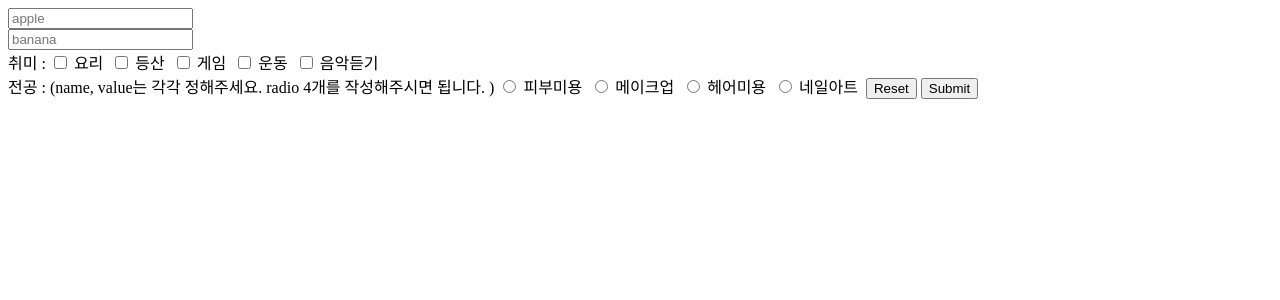
Repository: Kimhwawon/jsp_practice
Page: http://localhost/JSPBasic/JsObject/1.requests/req_param_send.jsp
An editor plug-in stored every save of this project. The page is shown before and after the next save, followed by the edit.
The browser window is 1280 px wide. The pictures show the whole page.
The page is served by Tomcat 9.

Above is the page before, as saved 2022-02-03 06:41:44.

### JSPBasic/src/main/webapp/JsObject/1.requests/req_param_send.jsp
<%@ page language="java" contentType="text/html; charset=UTF-8"
    pageEncoding="UTF-8"%>
<!DOCTYPE html>
<html>
<head>
<meta charset="UTF-8">
<title>Insert title here</title>
</head>
<body>
	<%--아래에 form을 만들고 내부에 input 4개를 만들어주세요.
	input태그의 type속성은 하나는 text, 하나는 password
	name속성은 하나는 apple, 하나는 banana로 해 주세요.
	reset버튼과 submit 버튼도 각각 하나씩 만들어주세요.

	form의 action이 바로 목적지를 적는 부분임.
	웹개발에서는 받을 페이지 화면의 주소를 적어줍니다. --%>
	<form action="req_param_getpost.jsp" method="get">
		<input type = "text" name="apple" placeholder="apple"/> <br/>
		<input type = "password" name= "banana" placeholder= "banana"/> <br/>

		취미 :
		<input type = "checkbox" name= "hobby" value="요리" > 요리&nbsp;
		<input type = "checkbox" name= "hobby" value="등산" > 등산&nbsp;
		<input type = "checkbox" name= "hobby" value="게임"> 게임&nbsp;
		<input type = "checkbox" name= "hobby" value="운동"> 운동&nbsp;
		<input type = "checkbox" name= "hobby" value="음악듣기"> 음악듣기&nbsp;<br/>

		전공 : (name, value는 각각 정해주세요. radio 4개를 작성해주시면 됩니다. )
		<input type = "radio" name= "major" value="피부미용" > 피부미용&nbsp;
		<input type = "radio" name= "major" value="메이크업" > 메이크업&nbsp;
		<input type = "radio" name= "major" value="헤어미용" > 헤어미용&nbsp;
		<input type = "radio" name= "major" value="네일아트" > 네일아트&nbsp;


	<input type = "reset"/>
	<input type = "submit"/>
	</form>

</body>
</html>

After the next save:
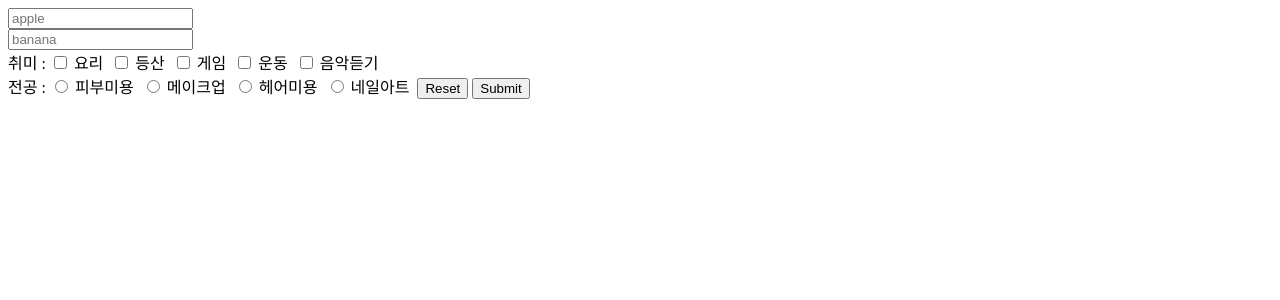
Saved 17 s later.
--- a/JSPBasic/src/main/webapp/JsObject/1.requests/req_param_send.jsp
+++ b/JSPBasic/src/main/webapp/JsObject/1.requests/req_param_send.jsp
@@ -25,7 +25,7 @@
 		<input type = "checkbox" name= "hobby" value="운동"> 운동&nbsp;
 		<input type = "checkbox" name= "hobby" value="음악듣기"> 음악듣기&nbsp;<br/>
 
-		전공 : (name, value는 각각 정해주세요. radio 4개를 작성해주시면 됩니다. )
+		전공 :
 		<input type = "radio" name= "major" value="피부미용" > 피부미용&nbsp;
 		<input type = "radio" name= "major" value="메이크업" > 메이크업&nbsp;
 		<input type = "radio" name= "major" value="헤어미용" > 헤어미용&nbsp;
